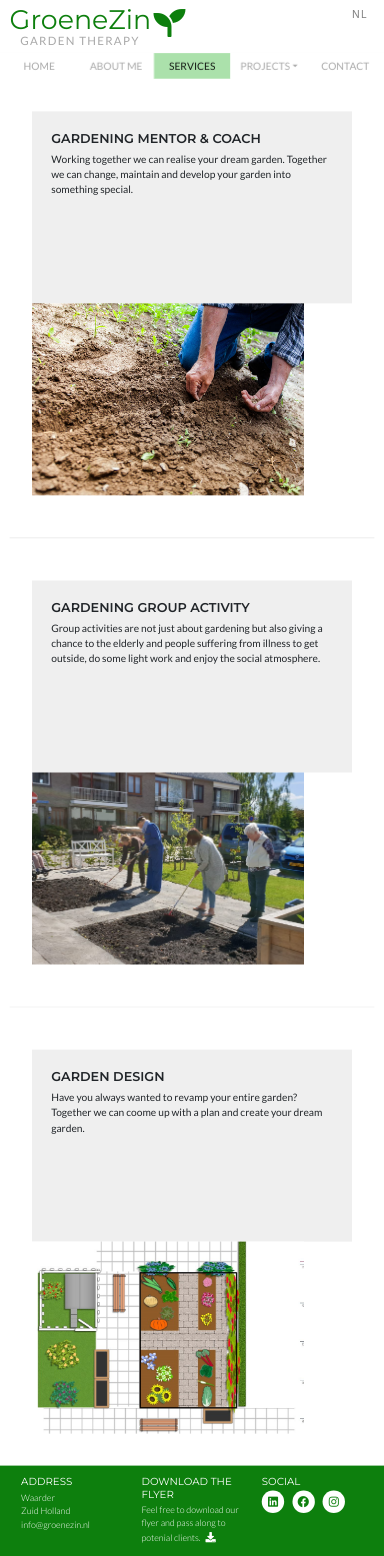
Repository: Sparkplug84/MilestoneProject1
Page: services.html
The author's editor kept a record of every edit. The page is drawn from the files as they stood at one moment, then again after the next edit.
The browser window is 600 px wide. The pictures show the whole page, at 64% of full size.
Some web libraries are served in a nearby version.

Above is the page before.
Console error: TypeError: Cannot read properties of undefined (reading 'fn')

### services.html
<!DOCTYPE html>
<html lang="en">

<head>
    <meta charset="UTF-8">
    <meta name="viewport" content="width=device-width, initial-scale=1.0">
    <meta http-equiv="X-UA-Compatible" content="ie=edge">
    <title>Groenezin | Gardening Coach, Mentor and Designer</title>
    <link rel="stylesheet" href="https://stackpath.bootstrapcdn.com/bootstrap/4.3.1/css/bootstrap.min.css" integrity="sha384-ggOyR0iXCbMQv3Xipma34MD+dH/1fQ784/j6cY/iJTQUOhcWr7x9JvoRxT2MZw1T" crossorigin="anonymous">
    <link rel="stylesheet" href="//use.fontawesome.com/releases/v5.10.2/css/all.css">
    <link rel="stylesheet" href="https://cdnjs.cloudflare.com/ajax/libs/hover.css/2.3.1/css/hover-min.css" type="text/css">
    <script src="https://stackpath.bootstrapcdn.com/bootstrap/4.3.1/js/bootstrap.min.js" integrity="sha384-JjSmVgyd0p3pXB1rRibZUAYoIIy6OrQ6VrjIEaFf/nJGzIxFDsf4x0xIM+B07jRM" crossorigin="anonymous"></script>
    <link rel="stylesheet" href="style.css" type="text/css" />
</head>

<body>
    <div class="container-fluid brand-heading">
        <div class="brand-container">
            <a href="index.html" class="brand">
                <div class="brand-wrapper">
                    <div class="brand-header">GroeneZin</div>
                    <div class="brand-sub uppercase">Garden Therapy</div>
                    <div class="brand-logo"><i class="fas fa-seedling" aria-hidden="true"></i></div>
                </div>
            </a>
        </div>

        <div class="language-toggle"><a class="language-link" href="NL_index.html">NL</a></div>
    </div>

    <nav class="navbar navbar-light bg-light navbar-expand-sm">

        <button class="navbar-toggler ml-auto" type="button" data-toggle="collapse" data-target="#navbarDropdown" aria-controls="navbarDropdown" aria-expanded="false" aria-label="Toggle navigation">
        <span class="navbar-toggler-icon"></span></button>

        <div class="collapse navbar-collapse" id="navbarDropdown">
            <ul class="navbar-nav mr-auto">
                <li class="nav-item"><a class="nav-link hvr-fade uppercase" href="index.html">Home</a></li>
                <li class="nav-item"><a class="nav-link hvr-fade uppercase" href="aboutme.html">About Me</a></li>
                <li class="active nav-item"><a class="nav-link hvr-fade uppercase" href="services.html">Services</a></li>
                <li class="nav-item dropdown">
                    <a class="nav-link hvr-fade dropdown-toggle uppercase" href="#" id="navbarDropdownMenuLink" role="button" data-toggle="dropdown" aria-haspopup="true" aria-expanded="false">Projects</a>
                    <div class="dropdown-menu" aria-labelledby="navbarDropdownMenuLink">
                        <a class="dropdown-item uppercase" href="project1.html">Project 1</a>
                        <a class="dropdown-item uppercase" href="project2.html">Project 2</a>
                        <a class="dropdown-item uppercase" href="project3.html">Project 3</a>
                    </div>
                </li>

                <li class="nav-item"><a class="nav-link hvr-fade uppercase" href="contact.html">Contact</a></li>
            </ul>
        </div>
    </nav>



    <div class="container-fluid services-container">

        <div class="row">
            <div class="col-md-5 services-section">
                <div class="services-sub">
                    <h5 class="services-heading uppercase">Gardening Mentor & Coach</h5>
                    <p class="services-info">Working together we can realise your dream garden. Together we can change, maintain and develop your garden into something special.
                    </p>
                </div>
            </div>
            <div class="col-md-7 photo-section">
                <div class="photo-service1"></div>
            </div>
        </div>

        <hr>

        <div class="row">
            <div class="col-md-5 services-section">
                <div class="services-sub">
                    <h5 class="services-heading uppercase">Gardening Group Activity</h5>
                    <p class="services-info">Group activities are not just about gardening but also giving a chance to the elderly and people suffering from illness to get outside, do some light work and enjoy the social atmosphere.
                        </p>
                </div>
            </div>
            <div class="col-md-7 photo-section">
                <div class="photo-service2"></div>
            </div>
        </div>

        <hr>

        <div class="row">
            <div class="col-md-5 services-section">
                <div class="services-sub">
                    <h5 class="services-heading uppercase">Garden Design</h5>
                    <p class="services-info">Have you always wanted to revamp your entire garden? Together we can coome up with a plan and create your dream garden.
                        </p>
                </div>
            </div>
            <div class="col-md-7 photo-section">
                <div class="photo-service3"></div>
            </div>
        </div>

    </div>

    <footer class="container-fluid">
        <div class="row footer-padding">
            <div class="col-sm-4 mt-3">
                <h6 class="footer-sub uppercase">Address</h6>
                <p>Waarder</p>
                <p>Zuid Holland</p>
                <p>info@groenezin.nl</p>
            </div>
            <div class="col-sm-4 mt-3">
                <h6 class="footer-sub uppercase">Download the flyer</h6>
                <p class="inline-block">Feel free to download our flyer and pass along to potenial clients.
                    <a href="#" target="_blank" class="flyer-pdf">
                        <i class="fa fa-download" aria-hidden="true"></i>
                        <span class="sr-only">Download link.</span>
                    </a>
                </p>
            </div>
            <div class="col-sm-4 mt-3">
                <h6 class="footer-sub uppercase">Social</h6>
                <ul class="list-inline social-links">
                    <li class="list-inline-item">
                        <a href="#" target="_blank">
                            <i class="fab fa-linkedin" aria-hidden="true"></i>
                            <span class="sr-only">LinkedIn</span>
                        </a>
                    </li>
                    <li class="list-inline-item">
                        <a href="#" target="_blank">
                            <i class="fab fa-facebook" aria-hidden="true"></i>
                            <span class="sr-only">Facebook</span>
                    </li>
                    <li class="list-inline-item">
                        <a href="#" target="_blank">
                            <i class="fab fa-instagram" aria-hidden="true"></i>
                            <span class="sr-only">Instagram</span>
                        </a>
                    </li>
                </ul>
            </div>
        </div>
    </footer>



    <script src="https://code.jquery.com/jquery-3.3.1.slim.min.js" integrity="sha384-q8i/X+965DzO0rT7abK41JStQIAqVgRVzpbzo5smXKp4YfRvH+8abtTE1Pi6jizo" crossorigin="anonymous"></script>
    <script src="https://cdnjs.cloudflare.com/ajax/libs/popper.js/1.14.7/umd/popper.min.js" integrity="sha384-UO2eT0CpHqdSJQ6hJty5KVphtPhzWj9WO1clHTMGa3JDZwrnQq4sF86dIHNDz0W1" crossorigin="anonymous"></script>
    <script src="https://stackpath.bootstrapcdn.com/bootstrap/4.3.1/js/bootstrap.min.js" integrity="sha384-JjSmVgyd0p3pXB1rRibZUAYoIIy6OrQ6VrjIEaFf/nJGzIxFDsf4x0xIM+B07jRM" crossorigin="anonymous"></script>
</body>

</html>

### style.css
@import url('https://fonts.googleapis.com/css?family=Lato:300,400,700|Montserrat:200,300,400,500,600,700,800,900&display=swap');

/* --------------------- General styles -------------------*/

.uppercase {
    text-transform: uppercase;
}

body {
    margin: 0;
    padding: 0;
}

.inline-block {
    display: inline-block;
}

/* --------------------- colours -------------------*/

.language-link {
    color: grey;
}

/* --------------------- Brand and Logo Section -------------------*/

.brand-container {
    width: 300px;
}

a.brand {
    width: 250px;
    height: 100%;
    text-decoration: none;
}

.brand-wrapper {
    width: 220px;
    height: 100%;
}

.brand-header {
    font-family: "Montserrat", sans-serif;
    font-size: 42px;
    height: 50px;
    width: 220px;
    color: #0d7f0d;
}

.brand-heading {
    position: relative;
}

.brand-sub {
    font-family: "Lato", sans-serif;
    display: inline-block;
    font-size: 18px;
    height: 32px;
    width: 220px;
    color: darkgrey;
    letter-spacing: 2px;
    text-align: center;
}

.brand-logo {
    display: inline-block;
    position: absolute;
    top: 0;
    right: inherit;
    font-size: 50px;
    height: 82px;
    width: 60px;
    color: #0d7f0d;
    text-align: center;
}

.language-toggle {
    display: inline;
    position: absolute;
    right: 25px;
    top: 10px;
    letter-spacing: 2px;
}

a.language-link {
    text-decoration: none;
}

a.language-link:hover {
    color: #0d7f0d;
}

/* --------------------- Navbar -------------------*/

.collapse {
    position: relative;
    z-index: 1;
    padding: 0;
    margin: 0;
}

.navbar {
    padding: 0;
}

.navbar-light .navbar-nav .nav-link {
    color: darkgrey;
}

nav ul {
    justify-content: space-around;
    width: 100%;
    border: 1px solid white;
    background-color: white;
}

nav ul li {
    border-left: 1px solid white;
    list-style-type: none;
    width: 100%;
    text-align: center;
}

nav ul li a {
    text-decoration: none;
    font-family: "Lato", sans-serif;
}

.hvr-fade {
    width: 100%;
    padding-right: 0;
    padding-left: 0;
}

.hvr-fade:hover {
    color: white;
    background-color: #abe1ab;
}

.navbar .navbar-toggler {
    border: 0;
}

.active {
    background-color: #abe1ab;
}

/* --------------------- Callout -------------------*/

.callout-container {
    font-family: "Montserrat", sans-serif;
    height: 100vh;
    background: url(https://www.nps.gov/caco/learn/news/images/National-Public-Lands-Day_1.JPG) no-repeat right fixed;
    -webkit-background-size: cover;
    -moz-background-size: cover;
    -o-background-size: cover;
    background-size: cover;
    display: flex;
    align-items: center;
    justify-content: center;
    position: relative;
}

.jumbotron {
    background: rgba(0, 0, 0, 0.5);
    max-width: 750px;
    max-height: 400px;
}

.jumbotron-header,
.jumbotron .sub-header {
    color: white;
}

.block-divider {
    width: 200px;
    height: 2px;
    border: none;
    background-color: #fff;
}

.btn-cta {
    color: #fff;
    background-color: #e84610;
    border-color: #e84610;
    width: 160px;
    border-radius: 0;
    font-family: "Montserrat", sans-serif;
}

.btn {
    font-size: 15px;
    font-weight: 500;
}

/* --------------------- Footer -------------------*/

.footer-sub {
    font-family: "Montserrat", sans-serif;
    font-weight: 400;
    color: white;
    margin-bottom: 4px;
}

footer {
    background-color: #0d7f0d;
    min-height: 100px;
}

footer p {
    font-family: "Lato", sans-serif;
    font-size: 14px;
    font-weight: 200;
    color: white;
    margin: 0;
    padding: 0;
}

.flyer-pdf {
    font-size: 16px;
    color: white;
    padding-left: 5px;
    transition: all 0.5s ease-in-out;
    -moz-transition: all 0.5s ease-in-out;
    -o-transition: all 0.5s ease-in-out;
    -webkit-transition: all 0.5s ease-in-out;
}

.flyer-pdf:hover {
    color: #e84610;
}


.social-links li a i {
    width: 35px;
    height: 35px;
    border-radius: 50%;
    font-size: 18px;
    text-align: center;
    color: #0d7f0d;
    background: white;
    line-height: 8px;
    padding: 13px 0;
    transition: all 0.5s ease-in-out;
    -moz-transition: all 0.5s ease-in-out;
    -o-transition: all 0.5s ease-in-out;
    -webkit-transition: all 0.5s ease-in-out;
}

.social-links li a i:hover {
    background-color: #e84610;
}

.footer-padding {
    padding: 0 18px 18px 18px;
}

/* --------------------- About Me -------------------*/

.profile-container {
    padding: 40px;
    background: #efefef;
}

.profile-name {
    font-family: "Montserrat", sans-serif;
    font-size: 25px;
    font-weight: 400;
    text-align: center;
    padding-bottom: 15px;
}

.profile-photo {
    width: 100%;
    padding-bottom: 100%;
    border: solid 3px darkgrey;
    border-radius: 50%;
    margin: 0 auto;
    background: url("./images/maaike-profile.jpg") center;
    background-repeat: no-repeat;
    background-size: cover;
}

.details-heading {
    font-family: "Montserrat", sans-serif;
    font-size: 25px;
    font-weight: 400;
    padding-bottom: 25px;
}

.details-container {
    padding: 20px 20px 0px 20px;
    background: #efefef;
    margin: 0 auto;
}

.personal-info-item {
    display: block;
    clear: both;
    margin-bottom: 22px;
    font-family: "Lato", sans-serif;
}

.personal-info-item .key,
.personal-info-item .value {
    display: inline-block;
}

.personal-info-item .key p,
.personal-info-item .value p {
    margin: 0;
    padding-left: 30px;
}

.personal-info-item .key {
    width: 30%;
    margin-right: 20px;
}

.personal-info-item .key p {
    font-weight: 700;
}

.personal-info-item .value {
    position: relative;
    width: 60%;
}

.aboutme-container {
    padding: 40px;

}

.aboutme-heading {
    font-family: "Montserrat", sans-serif;
    font-size: 25px;
    font-weight: 400;
    padding-bottom: 25px;
}

.aboutme-subheading {
    font-family: "Montserrat", sans-serif;
    font-size: 16px;
    font-weight: 600;
}

.col-10 {
    padding-bottom: 30px;
}

.col-10 p {
    font-family: "Lato", sans-serif;
}

.aboutme-icon {
    color: #e84610;
    font-size: 18px;
}

/* --------------------- Services -------------------*/

.services-heading {
    font-family: "Montserrat", sans-serif;
    font-weight: 600;
}

.services-info {
    font-family: "Lato", sans-serif;
}

.services-section {
    padding: 50px 0px 50px 100px;
    position: relative;
    right: 0;
    margin: 0 auto;
}

.services-sub {
    min-height: 300px;
    background-color: #efefef;
    padding: 30px;
}

.photo-section {
    padding: 50px 20px 50px 0px;
    margin: 0;
}

.photo-service1 {
    width: 85%;
    min-height: 300px;
    background: url("./images/tuinier-plant-zaadjes-in-zijn-tuin.jpg") no-repeat center;
    background-size: cover;
}

.photo-service2 {
    width: 85%;
    min-height: 300px;
    background: url("./images/group-activity1.jpg") no-repeat center;
    background-size: cover;
}

.photo-service3 {
    width: 85%;
    min-height: 300px;
    background: url("./images/Moestuin Herbergier plan.jpg") no-repeat center;
    background-size: cover;
}

/* --------------------- Media Queries -------------------*/

@media(max-width: 572px) {
    .navbar {
        position: absolute;
        right: 10px;
        top: 40px;
        z-index: 1;
    }
}

@media(max-width: 767px) {
    .services-section {
        padding: 50px 50px 0px 50px;
        position: relative;
        bottom: 0;
        margin: 0 auto;
    }
    .photo-section {
        padding: 0px 50px 50px 50px;
        margin: 0 auto;
    }
    .services-sub {
        min-height: 300px;
    }
    .photo-service1
    .photo-service2
    .photo-service3 {
        width: 100%;
    }
}

After the next edit:
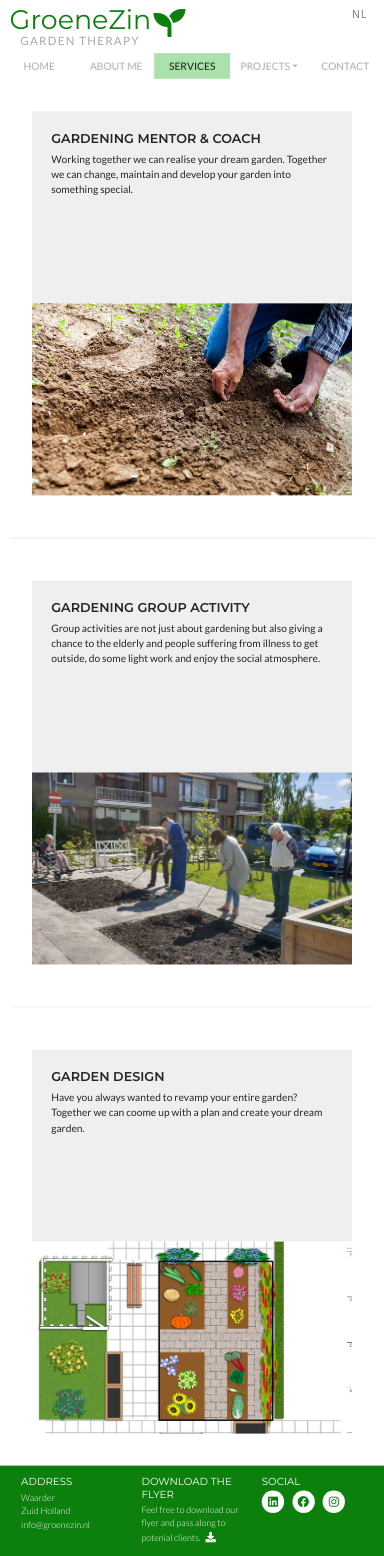
The edit:
--- a/style.css
+++ b/style.css
@@ -431,8 +431,8 @@
     .services-sub {
         min-height: 300px;
     }
-    .photo-service1
-    .photo-service2
+    .photo-service1,
+    .photo-service2,
     .photo-service3 {
         width: 100%;
     }
